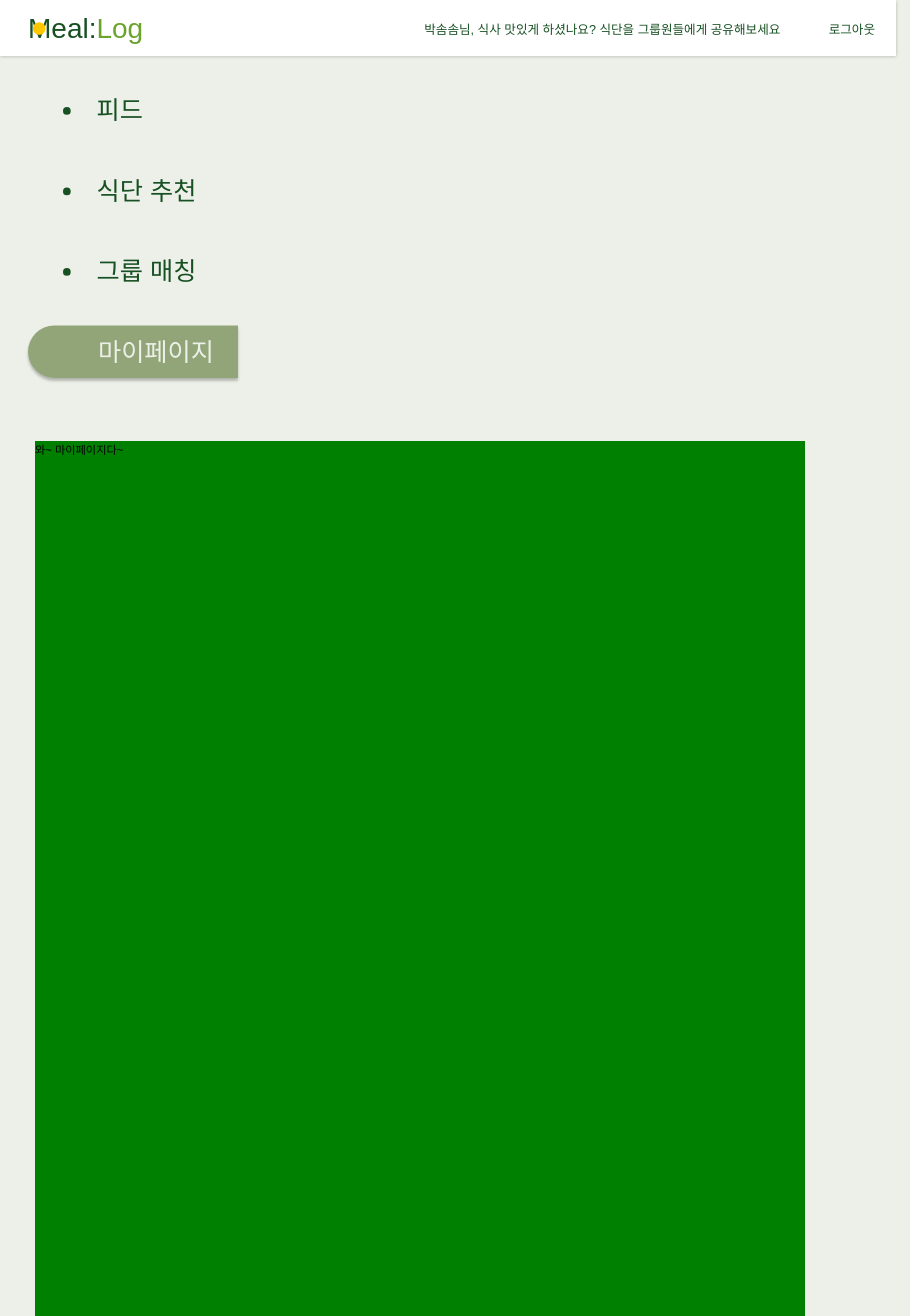
Repository: mealLog-databaseProgramming/MealLog
Page: http://localhost/meal-log/
An editor plug-in stored every save of this project. The page is shown before and after the next save, followed by the edit.
The browser window is 1280 px wide. The page is 1300 px wide, so the pictures cover 1300 px, including what lies to the right of the window. The pictures show the part of the page from y = 0 to 1880 px (the page is 2680 px tall), at 70% of full size.
Some icons come from a web library that is not loaded, so they are not drawn. Some web fonts or font styles are not loaded; a fallback is used. The page is served by Tomcat 9.

Above is the page before, as saved 2022-09-29 16:20:32.

After the next save:
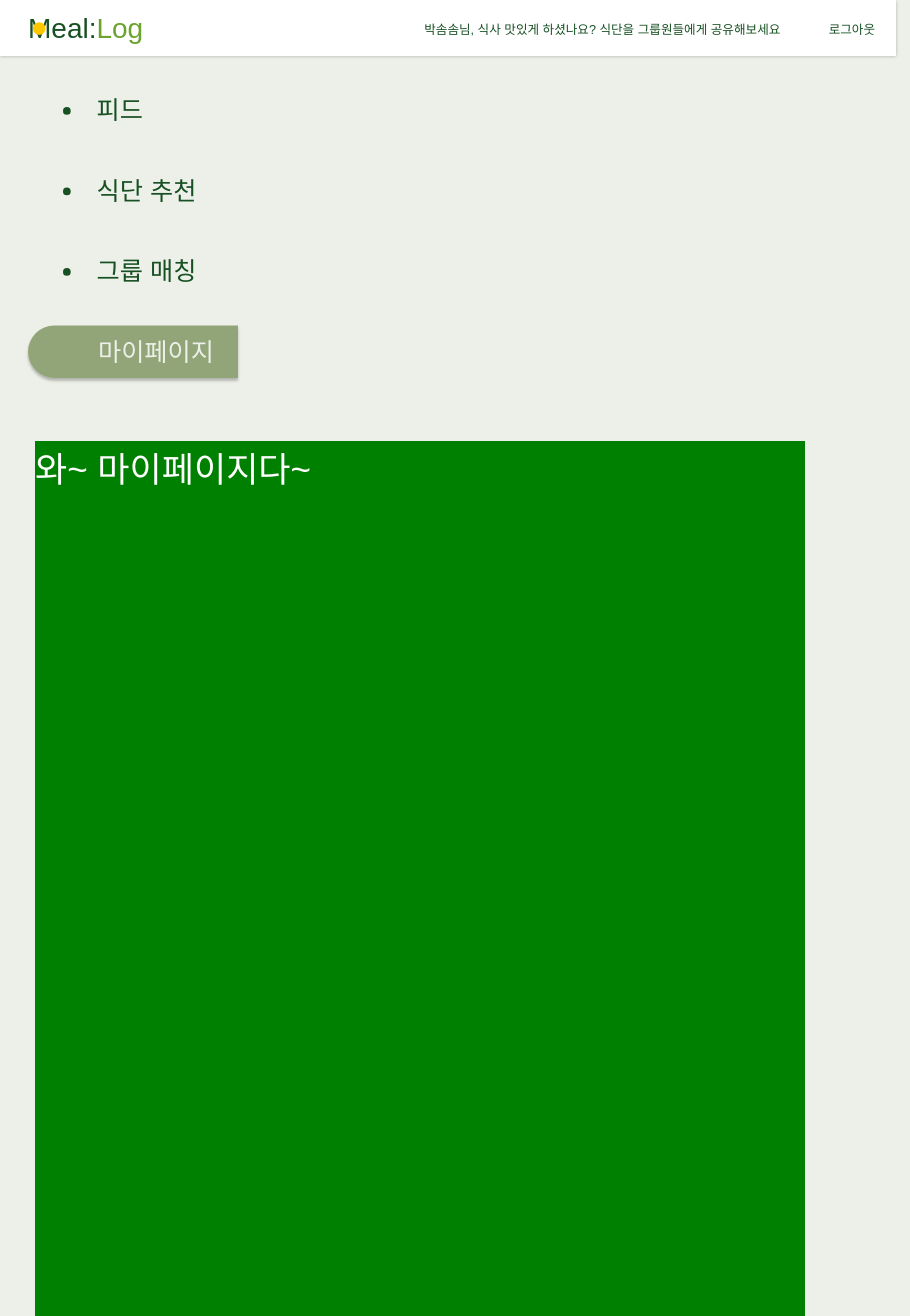
Saved 27 s later.
--- a/meal-log/src/main/webapp/WEB-INF/mypage/mypage.jsp
+++ b/meal-log/src/main/webapp/WEB-INF/mypage/mypage.jsp
@@ -8,6 +8,8 @@
 		/* 디버그 */
 		height: 2000px;
 		background: green;
+
+		color: white; font-size: 50px;
 	}
 </style>
 
